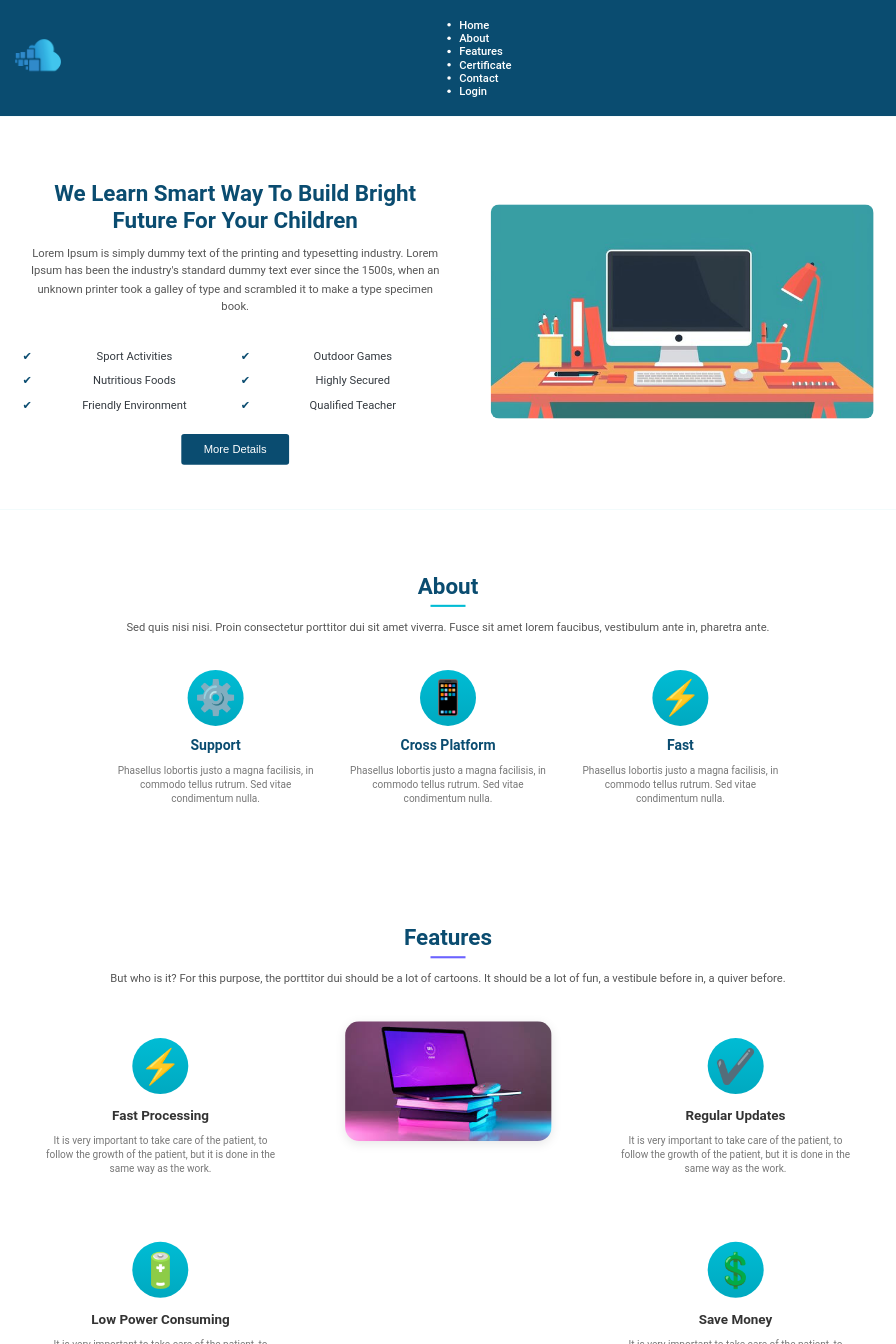
Repository: gautamsonam011/Institute
Page: /
An editor plug-in stored every save of this project. The page is shown before and after the next save, followed by the edit.
The browser window is 1280 px wide. The pictures show the part of the page from y = 0 to 1920 px (the page is 3608 px tall before and 3516 px after), at 70% of full size.
The project was rebuilt for these pictures with package versions that can differ from the ones it lists, and the page was loaded fresh each time. Also part of the build but not shown: vite.config.js, src/Header.jsx, src/Sidebar.jsx, src/Home.jsx, src/students/Addstudent.jsx, src/students/allstudent.css, src/students/Allstudents.jsx, src/Fee management/feehead.css and 9 more.

Above is the page before, as saved 2024-11-28 11:19:02.

After the next save:
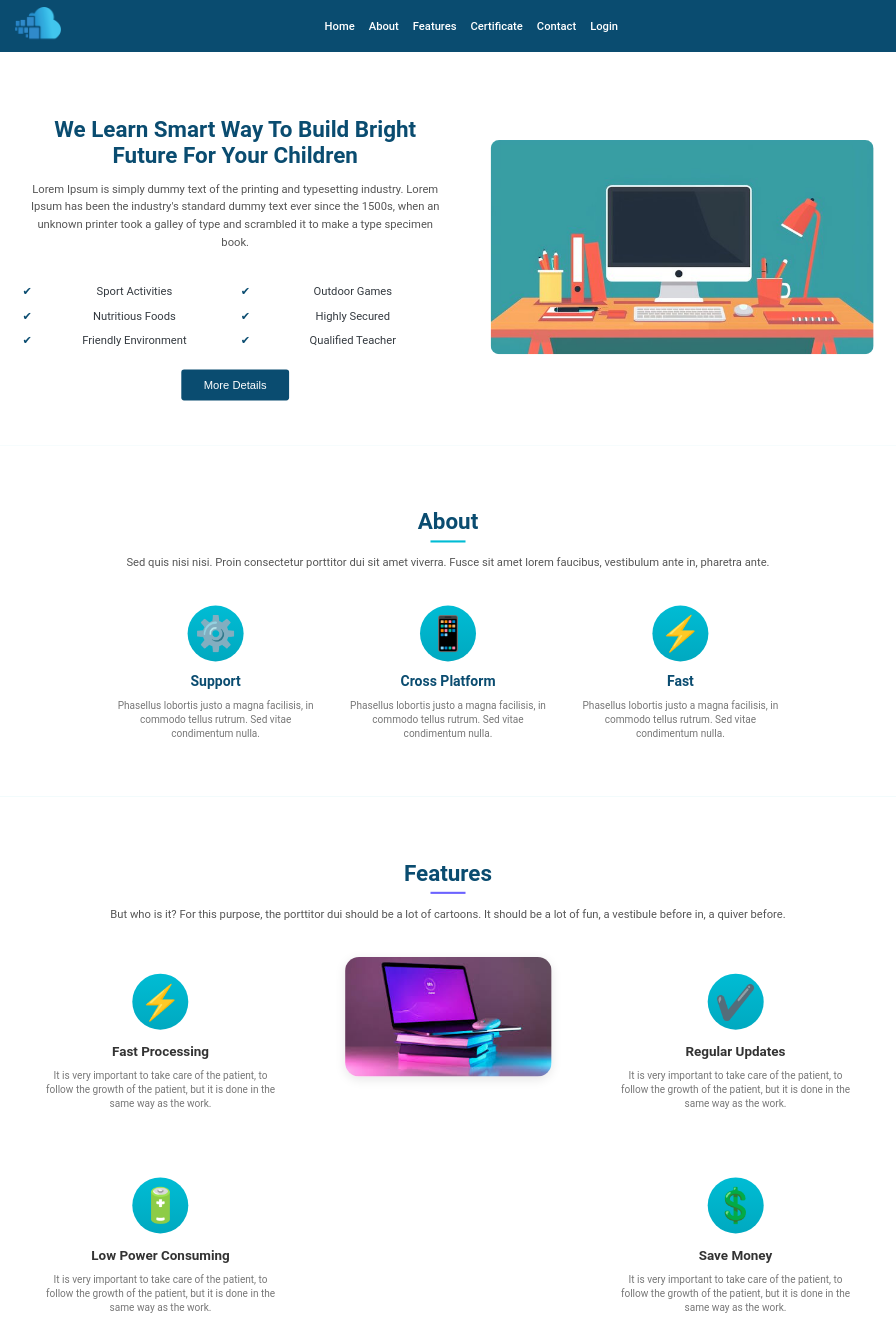
Saved 15 s later.
--- a/src/components/Navbar.jsx
+++ b/src/components/Navbar.jsx
@@ -75,14 +75,14 @@ const Navbar = () => {
           <img src={image} alt="Logo" />
         </div>
         <div className={`nav-links ${menuOpen ? "active" : ""}`}>
-          <ul>
+
             <li><a href="#home">Home</a></li>
             <li><a href="#about">About</a></li>
             <li><a href="#features">Features</a></li>
             <li><a href="#certificate" onClick={handleCertificateClick}>Certificate</a></li>
             <li><a href="#contact">Contact</a></li>
             <li><a href="/login">Login</a></li>
-          </ul>
+
         </div>
         <div className="hamburger" onClick={toggleMenu}>
           <span className="bar"></span>
